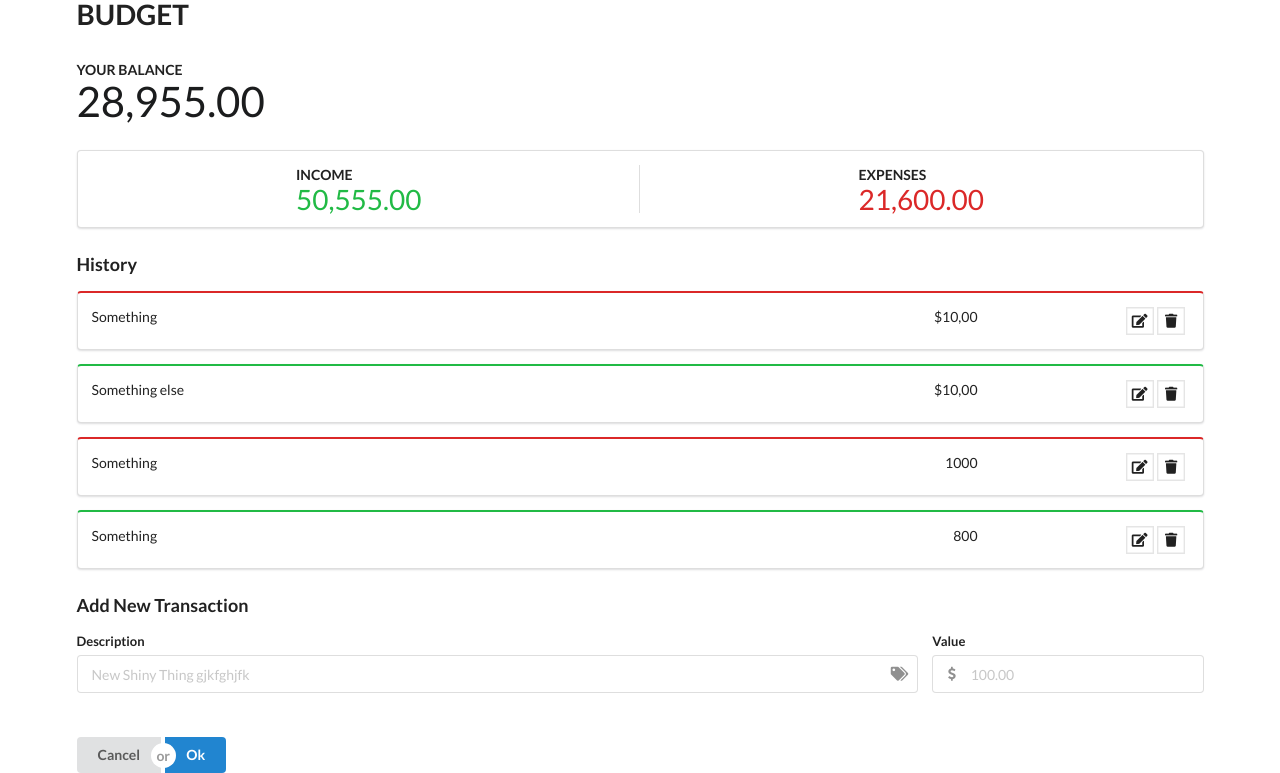
Repository: farrdy/budgets-react
Page: /
An editor plug-in stored every save of this project. The page is shown before and after the next save, followed by the edit.
The browser window is 1280 px wide. The pictures show the whole page.
The project was rebuilt for these pictures with package versions that can differ from the ones it lists, and the page was loaded fresh each time.

Above is the page before, as saved 2022-03-19 07:24:30.

After the next save:
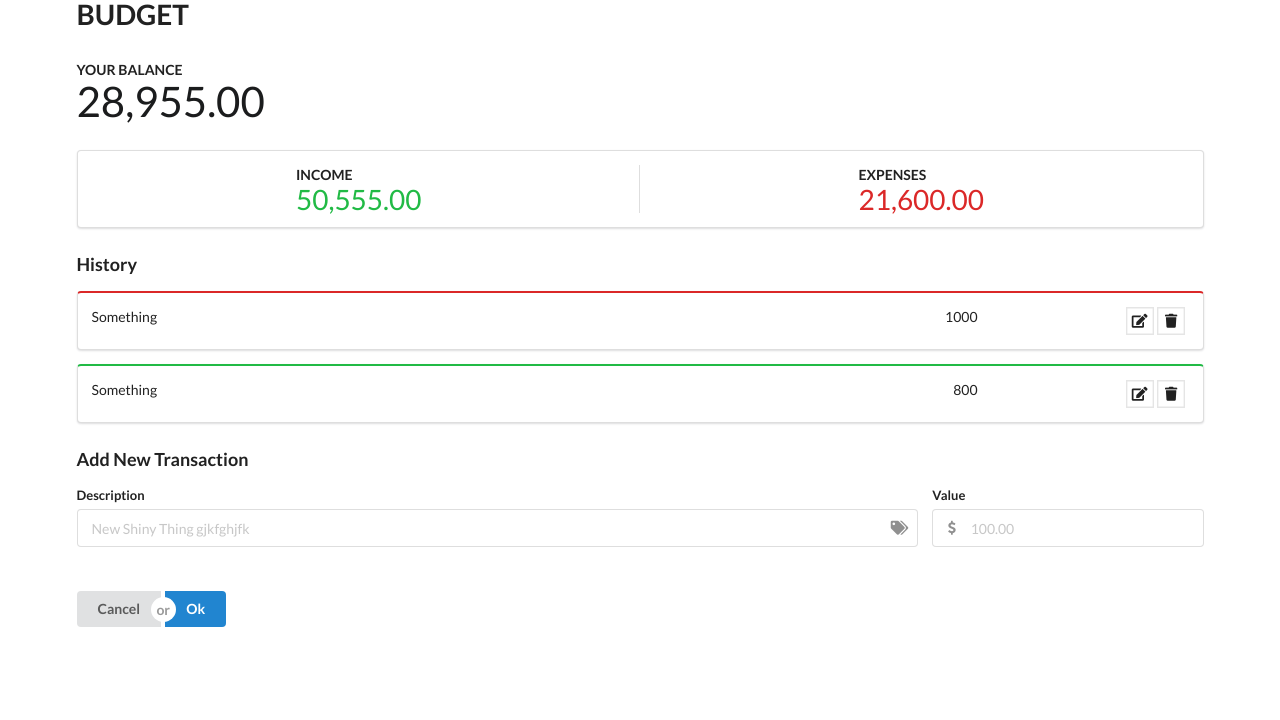
Saved 27 s later.
--- a/src/App.js
+++ b/src/App.js
@@ -11,33 +11,7 @@ function App() {
       <MainHeader />
       <DisplayBalance title="Your Balance" Value="28,955.00" Color="black" size="small" />
       <DisplayBalances/>
-
       <Header as='h3'>History</Header>
-      <Segment color='red'>
-        <Grid columns={3} textAlign='right'>
-          <Grid.Row>
-            <Grid.Column width={10} textAlign='left'>Something</Grid.Column>
-            <Grid.Column width={3} textAlign='right'>$10,00</Grid.Column>
-            <Grid.Column width={3}>
-              <Icon name='edit' bordered />
-              <Icon name='trash' bordered />
-            </Grid.Column>
-          </Grid.Row>
-        </Grid>
-      </Segment>
-      <Segment color='green'>
-        <Grid columns={3} textAlign='right'>
-          <Grid.Row>
-            <Grid.Column width={10} textAlign='left'>Something else</Grid.Column>
-            <Grid.Column width={3} textAlign='right'>$10,00</Grid.Column>
-            <Grid.Column width={3}>
-              <Icon name='edit' bordered />
-              <Icon name='trash' bordered />
-            </Grid.Column>
-          </Grid.Row>
-        </Grid>
-      </Segment>
-
       <EntryLine Description="Something" Value='1000' isExpense='false'/>
       <EntryLine Description="Something" Value='800'/>
       <Header as='h3'>
